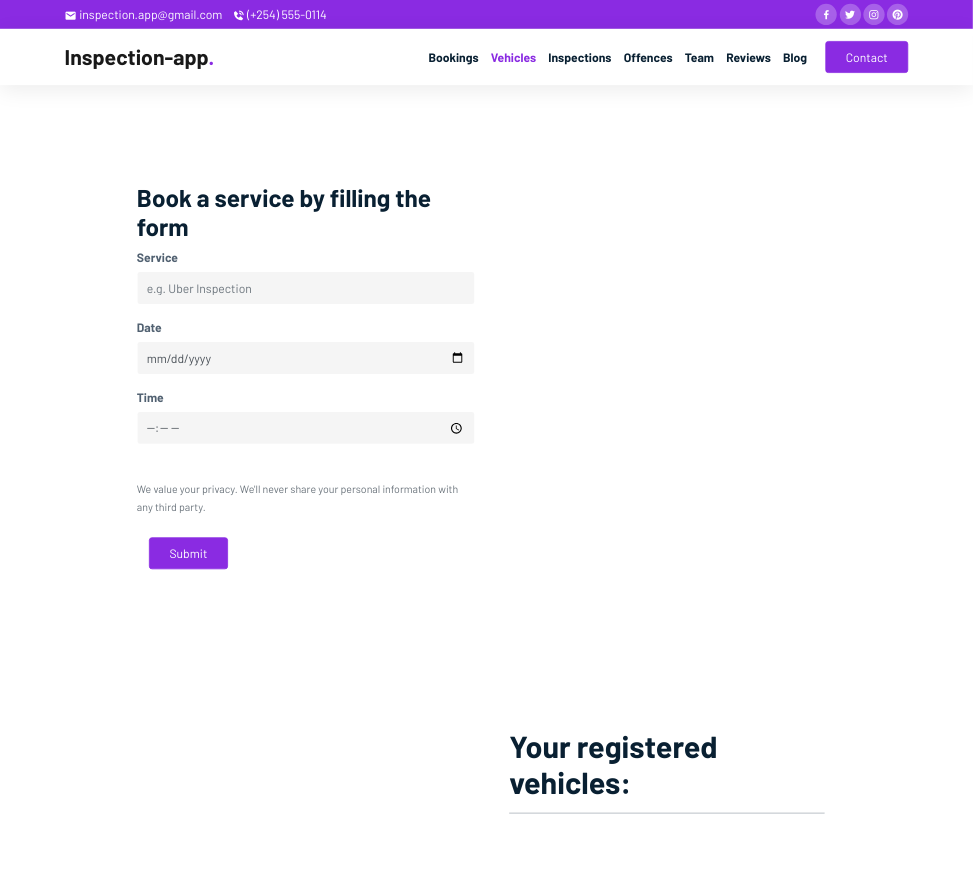
Repository: Jaynie8085/INSPECTION-APP
Page: client/dashboard.html
An editor plug-in stored every save of this project. The page is shown before and after the next save, followed by the edit.
The browser window is 1280 px wide. The pictures show the whole page, at 76% of full size.
The page's requests for data from a server got no answer. Some web libraries are served in a nearby version.

Above is the page before, as saved 2022-10-15 02:54:04.

### client/dashboard.html
<!DOCTYPE html>
<html lang="en">
<head>
    <meta charset="UTF-8">
    <meta http-equiv="X-UA-Compatible" content="IE=edge">
    <meta name="viewport" content="width=device-width, initial-scale=1.0"><script src="/js/axios/dist/axios.min.js"></script> <script src="main.js"></script>
        <!-- Bootstrap CSS -->
    <link rel="stylesheet" href="css/bootstrap.min.css">
    <link rel="stylesheet" href="css/owl.carousel.min.css">
    <link rel="stylesheet" href="css/owl.theme.default.min.css">
    <link href='https://unpkg.com/boxicons@2.1.1/css/boxicons.min.css' rel='stylesheet'>
    <link rel="stylesheet" href="https://stackpath.bootstrapcdn.com/bootstrap/4.1.3/css/bootstrap.min.css" integrity="sha384-MCw98/SFnGE8fJT3GXwEOngsV7Zt27NXFoaoApmYm81iuXoPkFOJwJ8ERdknLPMO"
    crossorigin="anonymous">
    <link rel="stylesheet" href="css/style.css">
    <title>userDashboard</title>
</head>
<body>
<body  data-bs-spy="scroll" data-bs-target=".navbar" data-bs-offset="70">


    <!-- TOP NAV -->
    <div class="top-nav" id="home">
        <div class="container">
            <div class="row justify-content-between">
                <div class="col-auto">
                    <p> <i class='bx bxs-envelope'></i> inspection.app@gmail.com</p>
                    <p> <i class='bx bxs-phone-call'></i> (+254) 555-0114</p>
                </div>
                <div class="col-auto social-icons">
                    <a href="#"><i class='bx bxl-facebook'></i></a>
                    <a href="#"><i class='bx bxl-twitter'></i></a>
                    <a href="#"><i class='bx bxl-instagram'></i></a>
                    <a href="#"><i class='bx bxl-pinterest'></i></a>
                </div>
            </div>
        </div>
    </div>

    <!-- BOTTOM NAV -->
    <nav class="navbar navbar-expand-lg navbar-light bg-white sticky-top">
        <div class="container">
            <a class="navbar-brand" href="index.html">Inspection-app<span class="dot">.</span></a>
            <button class="navbar-toggler" type="button" data-bs-toggle="collapse" data-bs-target="#navbarNav"
                aria-controls="navbarNav" aria-expanded="false" aria-label="Toggle navigation">
                <span class="navbar-toggler-icon"></span>
            </button>
            <div class="collapse navbar-collapse" id="navbarNav">
                <ul class="navbar-nav ms-auto">
                    <li class="nav-item">
                        <a class="nav-link" href="#home">Bookings</a>
                    </li>
                    <li class="nav-item">
                        <a class="nav-link" href="#vehicles">Vehicles</a>
                    </li>
                    <li class="nav-item">
                        <a class="nav-link" href="#services">Inspections</a>
                    </li>
                    <li class="nav-item">
                        <a class="nav-link" href="#portfolio">Offences</a>
                    </li>
                    <li class="nav-item">
                        <a class="nav-link" href="#team">Team</a>
                    </li>
                    <li class="nav-item">
                        <a class="nav-link" href="#reviews">Reviews</a>
                    </li>
                    <li class="nav-item">
                        <a class="nav-link" href="#blog">Blog</a>
                    </li>
                </ul>
                <a href="#" data-bs-toggle="modal" data-bs-target="#exampleModal" class="btn btn-brand ms-lg-3">Contact</a>
            </div>
        </div>
    </nav>
    <!-- Booking -->
    <section id="profile">
        <div class="container">
            <div class="row justify-content-center">
                <div id="customer-frm" class="col-lg-5 py-5">
                    <form  >
                        <h2>Book a service by filling the form </h2>
                    <div class="form-group">
                        <label for="service">Service</label>
                        <input type="service" class="form-control" id="service" aria-describedby="emailHelp" placeholder="e.g. Uber Inspection  ">

                    </div>
                    <div class="form-group">
                        <label for="date">Date</label>
                        <input type="date" class="form-control" id="date" >
                    </div>
                    <div class="form-group">
                        <label for="time">Time</label>
                        <input type="time" class="form-control" id="time">
                    </div>
                    <br><small id="emailHelp" class="form-text text-muted">We value your privacy. We'll never share your personal information with any third party.</small><br>
                    <button type="submit" class="btn btn-brand ms-lg-3" onclick="Booking();">Submit</button>
                    </form>

                </div>
                <div id="data-table" class="col-lg-5">

            </div>
        </div>
    </section>

    <!-- vehicles -->
    <section id="vehicles">
        <div class="container">
            <div class="row justify-content-center">
            <div id="customer-frm" class="col-lg-5 py-5">

                </div>
                <div class="col-lg-5">
                <div class="container center"><h1>Your registered vehicles:</h1>
                        <div >
                            <ul id="quote-list">
                            </ul>
                        </div>
                        <hr></div>
                </div>
                </div>
                </div>
        </div>
    </section>

    <!-- Modal -->
    <div class="modal fade" id="exampleModal" tabindex="-1" aria-labelledby="exampleModalLabel" aria-hidden="true">
        <div class="modal-dialog modal-dialog-centered modal-xl">
            <div class="modal-content">
                <div class="modal-body p-0">
                    <div class="container-fluid">
                        <div class="row gy-4">
                            <div class="col-lg-4 col-sm-12 bg-cover"
                                style="background-image: url(img/isco.jpg); min-height:300px;">
                                <div>

                                </div>
                            </div>
                            <div class="col-lg-8">
                                <form class="p-lg-5 col-12 row g-3">
                                    <div>
                                        <h1>Get in touch</h1>
                                    <p>Feel free to contact us and we will get back to you as soon as possible</p>
                                    </div>
                                    <div class="col-lg-6">
                                        <label for="userName" class="form-label">First name</label>
                                        <input type="text" class="form-control" placeholder="John" id="userName"
                                            aria-describedby="emailHelp">
                                    </div>
                                    <div class="col-lg-6">
                                        <label for="userName" class="form-label">Last name</label>
                                        <input type="text" class="form-control" placeholder="kamau" id="userName"
                                            aria-describedby="emailHelp">
                                    </div>
                                    <div class="col-12">
                                        <label for="userName" class="form-label">Email address</label>
                                        <input type="email" class="form-control" placeholder="Johnkamaa@gmail.com" id="userName"
                                            aria-describedby="emailHelp">
                                    </div>
                                    <div class="col-12">
                                        <label for="exampleInputEmail1" class="form-label">Enter Message</label>
                                        <textarea name="" placeholder="Yes,how can we help you,Type your message here." class="form-control" id=""  rows="4"></textarea>
                                    </div>

                                    <div class="col-12">
                                        <button type="submit" class="btn btn-brand">Send Message</button>
                                    </div>
                                </form>
                            </div>
                        </div>
                    </div>
                </div>

            </div>
        </div>
    </div>


<div class="modal fade" id="exampleModal" tabindex="-1" aria-labelledby="exampleModalLabel" aria-hidden="true">
        <div class="modal-dialog modal-dialog-centered modal-xl">
            <div class="modal-content">
                <div class="modal-body p-0">
                    <div class="container-fluid">
                        <div class="row gy-4">
                            <div class="col-lg-4 col-sm-12 bg-cover"
                                style="background-image: url(img/c2.jpg); min-height:300px;">
                                <div>

                                </div>
                            </div>
                            <div class="col-lg-8">
                                <form class="p-lg-5 col-12 row g-3">
                                    <div>
                                        <h1>Get in touch with us</h1>
                                    <p>Feel free to contact us and we will get back to you as soon as possible</p>
                                    </div>
                                    <div class="col-lg-6">
                                        <label for="userName" class="form-label">First name</label>
                                        <input type="text" class="form-control" placeholder="John" id="userName"
                                            aria-describedby="emailHelp">
                                    </div>
                                    <div class="col-lg-6">
                                        <label for="userName" class="form-label">Last name</label>
                                        <input type="text" class="form-control" placeholder="kamau" id="userName"
                                            aria-describedby="emailHelp">
                                    </div>
                                    <div class="col-12">
                                        <label for="userName" class="form-label">Email address</label>
                                        <input type="email" class="form-control" placeholder="Johnkamaa@gmail.com" id="userName"
                                            aria-describedby="emailHelp">
                                    </div>
                                    <div class="col-12">
                                        <label for="exampleInputEmail1" class="form-label">Enter Message</label>
                                        <textarea name="" placeholder="Yes,how can we help you,Type your message here,,," class="form-control" id=""  rows="4"></textarea>
                                    </div>

                                    <div class="col-12">
                                        <button type="submit" class="btn btn-brand">Send Message</button>
                                    </div>
                                </form>
                            </div>
                        </div>
                    </div>
                </div>

            </div>
        </div>
    </div>

    <script src="js/jquery.min.js"></script>
    <script src="js/bootstrap.bundle.min.js"></script>
    <script src="js/owl.carousel.min.js"></script>

    <script src="https://code.jquery.com/jquery-3.5.1.js"></script>
    <script src="https://cdn.datatables.net/1.12.1/js/jquery.dataTables.min.js"></script>
    <script src="js/app.js"></script>
    <script src="index.js"></script>


</body>
</html>

### client/css/style.css
@import url('https://fonts.googleapis.com/css2?family=Barlow:wght@400;500;600;700&display=swap');

:root {
    --brand: blueviolet;
    --dark: #092032;
    --body: #516171;
    --border: rgba(0,0,0,0.08);
    --shadow: 0px 6px 30px rgba(0, 0, 0, 0.08);

}

body {
    font-family: "Barlow", sans-serif;
    color: var(--body);
    line-height: 1.7;
}

h1,h2,h3,h4,h5,h6,
.display-1,.display-2,.display-3,.display-4 {
    font-weight: 700;
    color: var(--dark);
}

.bg-cover {
    background-size: cover;
    background-position: center;
    background-repeat: no-repeat;
}

img {
    width: 100%;
}

a {
    color: var(--dark);
    transition: all 0.4s ease;
    font-weight: 500;
}

a:hover {
    color: var(--brand);
}

section {
    padding-top: 80px;
    padding-bottom: 80px;
}

.text-brand {
    color: var(--brand) !important;
}


.hero-slider .owl-prev,
.hero-slider .owl-next{
    background-color: rgba(255, 255, 255, 0.3) !important;
    width: 60px !important;
    height: 60px !important;
    display: block;
    display: grid;
    place-items: center;
    color: #fff !important;
    border-radius: 100px;
    line-height: 0;
    border-radius: 100px !important;
    position: absolute;
    top: 50%;
    font-weight: 600 !important;
    font-size: 12px !important;
    transition: all 0.4s ease;
    margin-top: -30px !important;
}

.owl-prev {
    left: 0;
}
.owl-next {
    right: 0;
}

.hero-slider .owl-prev:hover,
.hero-slider .owl-next:hover {
    background-color: var(--brand) !important;
}

.owl-dot.active span{
    background-color: var(--brand) !important;
}


 /* slide */
 .slide {
     min-height: 100vh;
     display: flex;
     align-items: center;
     justify-content: center;
     position: relative;
}

.slide1 {
    background: linear-gradient(rgba(0, 0, 0, 0.4), rgba(0, 0, 0, 0.4)), url(../img/mec2.jpg);
    background-size: cover;
    background-position: center;
    background-repeat: no-repeat;
}

.slide2 {
    background: linear-gradient(rgba(0, 0, 0, 0.4), rgba(0, 0, 0, 0.4)), url(../img/world3.jpg);
    background-size: cover;
    background-position: center;
    background-repeat: no-repeat;
}

.slide .display-3 {
    text-transform: uppercase;
    color: #fff;
}

/* navbar */
.top-nav {
    background-color: var(--brand);
    color: #fff;
    padding-top: 5px;
    padding-bottom: 5px;
}

.top-nav p {
    display: inline-block;
    margin-bottom: 0;
    margin-right: 10px;
}

.top-nav span,
.top-nav i {
    vertical-align: middle;
}

.navbar {
    box-shadow: var(--shadow);
}

.social-icons a {
    width: 28px;
    height: 28px;
    display: inline-flex;
    color: #fff;
    background-color: rgba(255, 255, 255, 0.25);
    text-decoration: none;
    align-items: center;
    justify-content: center;
    border-radius: 100px;
}

.social-icons a:hover {
    background-color: #fff;
    color: var(--brand);
}

.navbar .navbar-nav .nav-link {
    color: var(--dark);
}

.navbar .navbar-nav .nav-link:hover {
    color: var(--brand);
}

.navbar .navbar-nav .nav-link.active {
    color: var(--brand);
}

.navbar-brand {
    font-size: 28px;
    font-weight: 700;
}

.navbar-brand .dot {
    color: var(--brand);
}

.btn {
    padding: 8px 26px;
}

.btn-brand {
    border-color: var(--brand);
    background-color: var(--brand);
    color: #fff;
}

.btn-brand:hover {
    background-color: #d64022;
    border-color: #d64022;
    color: #fff;
}

.intro {margin-bottom: 36px;
text-align: center;}

.intro p {
    max-width: 500px;
}
.intro h6{
    color: var(--brand);
    font-weight: 400;
    text-transform: uppercase;
}

.intro h1 {
    margin-top: 15px;
    margin-bottom: 15px;
}

.info-box {
    align-items: center;
    display: flex;
}

.info-box img {
    width: 90px;
}


#milestone {
    background: linear-gradient(rgba(136, 42, 143, 0.85), rgba(48, 181, 123, 0.85)), url(../img/inspe.jpg);
    background-size: cover;
    background-position: center;
    background-repeat: no-repeat;
}

#milestone h1,
#milestone p {
    color: #fff;
}

.service {
    padding: 32px;
    background-color: #fff;
    box-shadow: var(--shadow);
}

.service h5 {
    margin-top: 24px;
    margin-bottom: 14px;
}

.service img {
    width: 90px;
}


.project {
    position: relative;
    overflow: hidden;
    z-index: 2;
}

.project h6 {
    font-weight: 400;
}

.project h6::before {
    content: "";
    height: 2px;
    width: 30px;
    display: inline-block;
    background: var(--brand);
    vertical-align: middle;
    margin-right: 10px;
}


.project .overlay {
    width: 100%;
    height: 220px;
    position: absolute;
    bottom: 0;
    left: 0;
    background: linear-gradient(180deg, rgba(255, 76, 41, 0) 0%, var(--dark) 100%);
}

.project .content {
    position: absolute;
    left: 10%;
    bottom: 10%
}

.project h2,
.project h6 {
    color: #fff;
}

.team-member {
    text-align: center;
}

.team-member .image{
    position: relative;
    z-index: 2;
    overflow: hidden;
}

.team-member .overlay {
    width: 100%;
    height: 100%;
    position: absolute;
    left: 0;
    top: -10%;
    background-color: rgba(255, 77, 41, 0.7);
    opacity: 0;
    transition: all 0.4s ease;
}

.team-member h5 {
    margin-top: 16px;
    margin-bottom: 4px;
}

.team-member .social-icons {
    position: absolute;
    top: 60%;
    left: 50%;
    transform: translate(-50%, -50%);
    z-index: 2;
    opacity: 0;
    transition: all 0.4s ease;
}

.team-member .social-icons a {
    width: 40px;
    height: 40px;
}

.team-member:hover .social-icons {
    top: 50%;
    opacity: 1;
}

.team-member:hover .overlay {
    top: 0%;
    opacity: 1;
}

#reviews {

    background: linear-gradient(-90deg, rgba(8, 32, 50, 0.8), rgba(8, 32, 50, 0.8)), url(../img/imago.jpg), #082032;;
    background-size: cover;
    background-position: center;
    background-repeat: no-repeat;
}

.review {
    text-align: center;
    z-index: 2;
    position: relative;
    margin: 15px;
    max-width: 768px;
    margin: auto;
}

.review .bxs-quote-alt-left {
    font-size: 120px;
    position: absolute;
    opacity: 0.1;
    left: 50%;
    top: 50%;
    transform: translate(-50%, -50%);
    color: #fff;
}

.review img {
    width: 80px !important;
    height: 80px;
    border-radius: 100px;
    margin: auto;
}

.review h5 {
    margin-top: 16px;
    margin-bottom: 4px;
    color: #fff;
}

.review h3 {
    margin-top: 26px;
    margin-bottom: 26px;
    font-size: 22px;
    color: #fff;
    font-weight: 400;
    line-height: 1.7;
}

.review small {
    color: var(--brand);
}

.review .stars {
    color: var(--brand);
}

.blog-post {
    position: relative;
    background-color: #fff;
    box-shadow: var(--shadow);
}

.blog-post .content {
    padding: 32px;
}

.blog-post a {
    position: absolute;
    top: 20px;
    left: 20px;
    background-color: var(--brand);
    padding: 2px 12px;
    border-radius: 100px;
    text-decoration: none;
    color: #fff;
}

.blog-post h5 {
    margin-top: 12px;
    margin-bottom: 12px;
}

.blog-post small {
    text-transform: uppercase;
    color: var(--brand);
    text-decoration: underline;
}

footer {
    background: linear-gradient(0deg, rgba(8, 32, 50, 0.9), rgba(8, 32, 50, 0.9)), url(../img/teammech.jpg), #082032;;
    background-size: cover;
    background-position: center;
    background-repeat: no-repeat;
}

footer .footer-top {
    padding-top: 80px;
    padding-bottom: 40px;
}

.footer-bottom {
    border-top: 1px solid rgba(255, 255, 255, 0.1);
    padding-bottom: 20px;
    padding-top: 20px;
}

footer .navbar-brand {
    color: #fff;
}

footer p {
    color: #ADB3B9;
}

footer .social-icons a {
    width: 50px;
    height: 50px;
    font-size: 20px;
    margin-left: 4px;
    margin-right: 4px;
}

.loader {
    min-height: 100vh;
    display: flex;
    align-items: center;
    justify-content: center;
    background-color: red;
    z-index: 99999;
    position: fixed;
    left: 0;
    right: 0;
}


input.form-control {
    border-color: transparent;
    height: 44px;
}

.form-control {
    background-color: rgba(0, 0, 0, 0.04);
    border-color: rgba(0, 0, 0, 0.04);;
}

.form-control:focus {
    box-shadow: none;
    border-color: var(--brand);
}
.form {
    width: 400px;
    border-radius: 5px;
    background-color: white;
    height:fit-content;
    padding: 5px 10px;
    background-color: #9633FF;
}
label {
    display: block;
    font-weight: bolder;
    margin: 5px 0px;
}

input {
    width: 100%;
    padding: 8px 5px;
    border-radius: 5px;
    margin-bottom: 10px;
}

#submit-btn {
    border: none;
    background-color: blueviolet;
    width: 100%;
    padding: 10px 8px;
    color: white;
    font-weight: bolder;
    text-transform: uppercase;
    cursor: pointer;
    margin: 9px 0px;
}

p {
    font-size: 16px;
    border-radius: 10px;
    cursor: pointer;
    display: inline-block;
}

a {
    text-decoration: none;
    font-weight: bolder;
}


/*@import url(https://fonts.googleapis.com/css?family=Roboto:400,300,500);*/
*:focus {
    outline: none;

}

Loaded but not shown: client/js/axios/dist/axios.min.js (library); client/css/bootstrap.min.css (library); client/css/owl.carousel.min.css (library); client/js/jquery.min.js (library); client/js/bootstrap.bundle.min.js (library); client/js/owl.carousel.min.js (library); client/main.js (172 lines, source omitted); client/index.js (80 lines, source omitted); client/css/owl.theme.default.min.css (no copy from this time; the picture is the same without it); client/js/app.js (no copy from this time; the picture is the same without it)

After the next save:
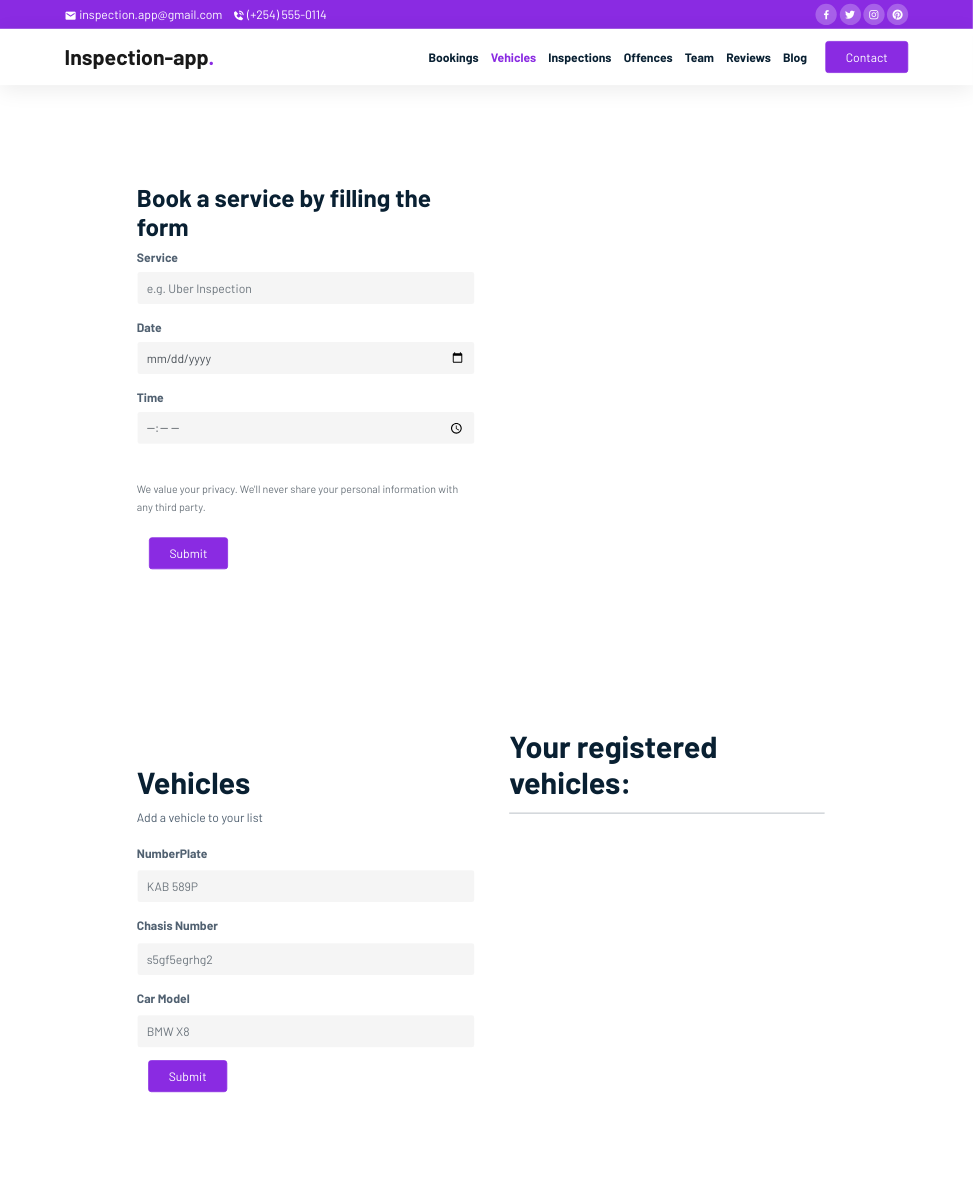
Saved 1 s later.
--- a/client/dashboard.html
+++ b/client/dashboard.html
@@ -108,7 +108,33 @@
         <div class="container">
             <div class="row justify-content-center">
             <div id="customer-frm" class="col-lg-5 py-5">
-
+                <form  >
+                                            <h1>Vehicles</h1>
+                                        <p>Add a vehicle to your list</p>
+                                        <div class="form-group">
+                                            <label for="numberplate" class="form-label">NumberPlate</label>
+                                            <input type="text" class="form-control" placeholder="KAB 589P" id="numberplate"
+                                                aria-describedby="emailHelp">
+                                        </div>
+                                        <div class="form-group">
+                                            <label for="chasisnumber" class="form-label">Chasis Number </label>
+                                            <input type="text" class="form-control" placeholder="s5gf5egrhg2" id="chasisnumber"
+                                                aria-describedby="emailHelp">
+                                        </div>
+                                        <div class="form-group">
+                                            <label for="model" class="form-label">Car Model</label>
+                                            <input type="model" class="form-control" placeholder="BMW X8" id="model"
+                                                aria-describedby="emailHelp">
+                                        </div>
+                                        <!-- <div class="col-12">
+                                            <label for="exampleInputEmail1" class="form-label">Enter General Description</label>
+                                            <textarea name="" placeholder="Type in your cars general description." class="form-control" id=""  rows="4"></textarea>
+                                        </div> -->
+
+                                        <div class="col-12">
+                                            <button type="submit" class="btn btn-brand" onclick="vehicles();">Submit</button>
+                                        </div>
+                                        </form>
                 </div>
                 <div class="col-lg-5">
                 <div class="container center"><h1>Your registered vehicles:</h1>
